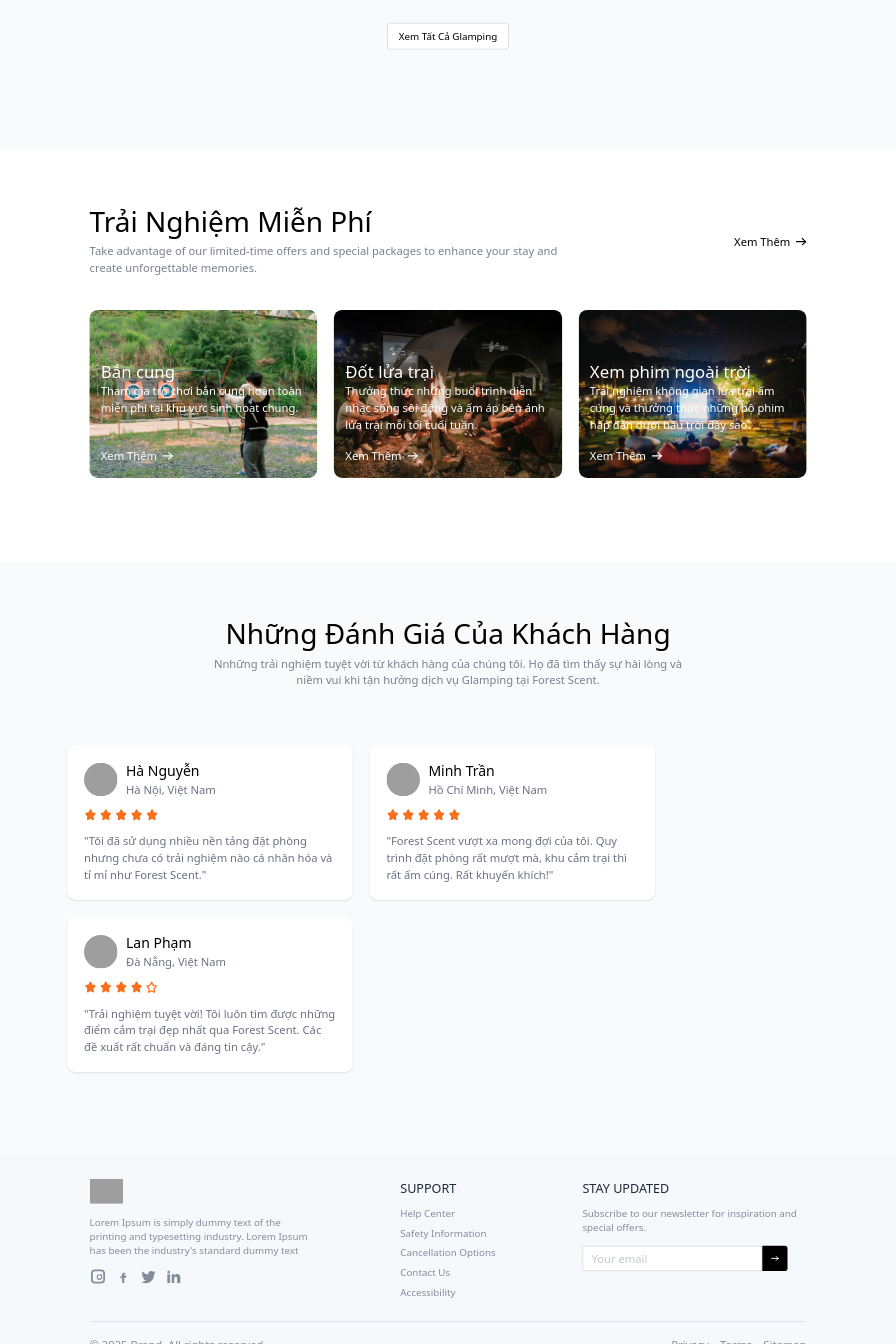
Repository: Ponn-Star/My-App
Page: / (app in FrontEnd/)
An editor plug-in stored every save of this project. The page is shown before and after the next save, followed by the edit.
The browser window is 1280 px wide. The pictures show the part of the page from y = 1384 to 3304 px (the page is 3337 px tall), at 70% of full size.
Pictures or frames that could not be fetched are drawn as grey boxes. The page's requests for data from a server got no answer. The project was rebuilt for these pictures with package versions that can differ from the ones it lists, and the page was loaded fresh each time. Some packages were replaced by stand-ins written for this rebuild. No one was signed in, and anything a server would have sent is missing. Also part of the build but not shown: FrontEnd/vite.config.js, FrontEnd/src/assets/assets.js, FrontEnd/src/components/Admin/Navbar.jsx, FrontEnd/src/pages/AllRooms.jsx, FrontEnd/src/pages/RoomDetails.jsx, FrontEnd/src/pages/MyBookings.jsx, FrontEnd/src/components/Admin/Sidebar.jsx, FrontEnd/src/pages/Admin/Layout.jsx and 5 more.

Above is the page before, as saved 2025-06-06 00:13:50.

### FrontEnd/index.html
<!doctype html>
<html lang="en">
  <head>
    <meta charset="UTF-8" />
    <link rel="icon" type="image/svg+xml" href="/favicon.svg" />
    <meta name="viewport" content="width=device-width, initial-scale=1.0" />
    <title>Booking</title>
  </head>
  <body>
    <div id="root"></div>
    <script type="module" src="/src/main.jsx"></script>
  </body>
</html>

### FrontEnd/src/main.jsx
import { StrictMode } from 'react'
import { createRoot } from 'react-dom/client'
import './index.css'
import App from './App.jsx'
import { BrowserRouter } from 'react-router-dom'
import { ClerkProvider } from '@clerk/clerk-react'
import { AppProvider } from './conext/AppContext.jsx'

const PUBLISHABLE_KEY = import.meta.env.VITE_CLERK_PUBLISHABLE_KEY

if (!PUBLISHABLE_KEY) {
  throw new Error('Add your Clerk Publishable Key to the .env file')
}

createRoot(document.getElementById('root')).render(
  <ClerkProvider publishableKey={PUBLISHABLE_KEY} afterSignOutUrl="/">
    <BrowserRouter>
      <AppProvider>
        <App />
      </AppProvider>
    </BrowserRouter>
    </ClerkProvider>,
)

### FrontEnd/src/App.jsx
import React from 'react'
import Navbar from './components/Navbar'
import AdminNavbar from './components/Admin/Navbar'
import { Route, Routes, useLocation } from 'react-router-dom'
import Home from './pages/Home'
import AllRooms from './pages/AllRooms';
import RoomDetails from './pages/RoomDetails';
import Footer from './components/Footer';
import MyBookings from './pages/MyBookings';
import Layout from './pages/Admin/Layout';
import Dashboard from './pages/Admin/Dashboard';
import ListRoom from './pages/Admin/ListRoom';
import AddRoom from './pages/Admin/AddRoom';
import AdminRoute from './components/AdminRoute'
import { Toaster } from 'react-hot-toast';
import Loader from './components/Loader'

function App() {

  const location = useLocation();
  const isAdminRoute = location.pathname.startsWith('/admin');

  return (
    <div>
      <Toaster />
      {isAdminRoute ? <AdminNavbar /> : <Navbar />}
      <div className='min-h-[70vh]'>
        <Routes>
        <Route path='/' element={<Home />} />
        <Route path='/rooms' element={<AllRooms />} />
        <Route path='/rooms/:id' element={<RoomDetails />} />
        <Route path='/my-bookings' element={<MyBookings />} />
        <Route path='/loader/:nextUrl' element={<Loader/>} />

        <Route path='/admin' element={<Layout />}>
          <Route index element={
            <AdminRoute>
              <Dashboard />
            </AdminRoute>
          } />
          <Route path='add-room' element={
            <AdminRoute>
              <AddRoom />
            </AdminRoute>
          } />
          <Route path='list-room' element={
            <AdminRoute>
              <ListRoom />
            </AdminRoute>
          } />
        </Route>
      </Routes>
      </div>
      <Footer />
    </div>
  )
}

export default App

### FrontEnd/src/conext/AppContext.jsx
import axios from "axios";
import { createContext, useContext, useState } from "react";
import { useNavigate } from "react-router-dom";
import { useUser, useAuth} from "@clerk/clerk-react";
import { toast } from 'react-hot-toast';
import { useEffect } from "react";


axios.defaults.baseURL = import.meta.env.VITE_BACKEND_URL;

const AppContext = createContext();

export const AppProvider = ({ children }) => {

    const currency = import.meta.env.VITE_CURENCY || ".000 VND";
    const navigate = useNavigate();
    const {user} = useUser();
    const { getToken } = useAuth();

    const [isOwner, setIsOwner] = useState(false)
    const [showRoomReg, setRoomReg] = useState(false)
    const [searchedRoomType, setsearchedRoomType] = useState([])

    const fetchUser = async ()=>{
        try {
            const { data } = await axios.get('/api/user', {
                headers: { Authorization: `Bearer ${await getToken()}` }
            });

            if (data.success) {
                setIsOwner(data.role === "Admin");
                setsearchedRoomType(data.recentSearchedRoomType);
            } else {
                setTimeout(() => {
                fetchUser();
                }, 5000);
            }
            } catch (error) {
                toast.error(error.message)
            }
        }

        useEffect(()=> {
            if(user){
                fetchUser();
            }
        },[user])


  const value = {
        currency, navigate, user, getToken, isOwner, setIsOwner, axios, showRoomReg, setRoomReg, searchedRoomType, setsearchedRoomType
  }

  return (
    <AppContext.Provider value={value}>
      {children}
    </AppContext.Provider>
  )
}

export const useAppContext = ()=> useContext(AppContext);

### FrontEnd/src/pages/Home.jsx
import React from 'react'
import Hero from '../components/Hero'
import FeaturedDestination from '../components/FeaturedDestination'
import ExclusiveOffers from '../components/ExclusiveOffers'
import Testimonial from '../components/Testimonial'

const Home = () => {
  return (
    <>
      <Hero />
      <FeaturedDestination />
      <ExclusiveOffers />
      <Testimonial />
    </>
  )
}

export default Home

### FrontEnd/src/components/Footer.jsx
import React from 'react'

const Footer = () => {
    return (
        <div className='bg-[#F6F9FC] text-gray-500/80 pt-8 px-6 md:px-16 lg:px-24 xl:px-32'>
            <div className='flex flex-wrap justify-between gap-12 md:gap-6'>
                <div className='max-w-80'>
                    <img src="https://raw.githubusercontent.com/prebuiltui/prebuiltui/main/assets/dummyLogo/dummyLogoColored.svg" alt="logo" className='mb-4 h-8 md:h-9' />
                    <p className='text-sm'>
                        Lorem Ipsum is simply dummy text of the printing and typesetting industry. Lorem Ipsum has been the industry's standard dummy text
                    </p>
                    <div className='flex items-center gap-3 mt-4'>
                        {/* Instagram */}
                        <svg className="w-6 h-6" fill="currentColor" viewBox="0 0 24 24">
                            <path d="M7.75 2A5.75 5.75 0 002 7.75v8.5A5.75 5.75 0 007.75 22h8.5A5.75 5.75 0 0022 16.25v-8.5A5.75 5.75 0 0016.25 2h-8.5zM4.5 7.75A3.25 3.25 0 017.75 4.5h8.5a3.25 3.25 0 013.25 3.25v8.5a3.25 3.25 0 01-3.25 3.25h-8.5a3.25 3.25 0 01-3.25-3.25v-8.5zm9.5 1a4 4 0 11-4 4 4 4 0 014-4zm0 1.5a2.5 2.5 0 102.5 2.5 2.5 2.5 0 00-2.5-2.5zm3.5-.75a.75.75 0 11.75-.75.75.75 0 01-.75.75z" />
                        </svg>
                        {/* Facebook */}
                        <svg className="w-6 h-6" fill="currentColor" viewBox="0 0 24 24">
                            <path d="M13.5 9H15V6.5h-1.5c-1.933 0-3.5 1.567-3.5 3.5v1.5H8v3h2.5V21h3v-7.5H16l.5-3h-3z" />
                        </svg>
                        {/* Twitter */}
                        <svg className="w-6 h-6" fill="currentColor" viewBox="0 0 24 24">
                            <path d="M22 5.92a8.2 8.2 0 01-2.36.65A4.1 4.1 0 0021.4 4a8.27 8.27 0 01-2.6 1A4.14 4.14 0 0016 4a4.15 4.15 0 00-4.15 4.15c0 .32.04.64.1.94a11.75 11.75 0 01-8.52-4.32 4.14 4.14 0 001.29 5.54A4.1 4.1 0 013 10v.05a4.15 4.15 0 003.33 4.07 4.12 4.12 0 01-1.87.07 4.16 4.16 0 003.88 2.89A8.33 8.33 0 012 19.56a11.72 11.72 0 006.29 1.84c7.55 0 11.68-6.25 11.68-11.67 0-.18 0-.35-.01-.53A8.18 8.18 0 0022 5.92z" />
                        </svg>
                        {/* LinkedIn */}
                        <svg className="w-6 h-6" fill="currentColor" viewBox="0 0 24 24">
                            <path d="M4.98 3.5C3.88 3.5 3 4.38 3 5.48c0 1.1.88 1.98 1.98 1.98h.02c1.1 0 1.98-.88 1.98-1.98C6.98 4.38 6.1 3.5 4.98 3.5zM3 8.75h3.96V21H3V8.75zm6.25 0h3.8v1.68h.05c.53-.98 1.82-2.02 3.75-2.02 4.01 0 4.75 2.64 4.75 6.07V21H17v-5.63c0-1.34-.03-3.07-1.88-3.07-1.88 0-2.17 1.47-2.17 2.98V21H9.25V8.75z" />
                        </svg>
                    </div>
                </div>

                <div>
                    <p className='text-lg text-gray-800'>SUPPORT</p>
                    <ul className='mt-3 flex flex-col gap-2 text-sm'>
                        <li><a href="#">Help Center</a></li>
                        <li><a href="#">Safety Information</a></li>
                        <li><a href="#">Cancellation Options</a></li>
                        <li><a href="#">Contact Us</a></li>
                        <li><a href="#">Accessibility</a></li>
                    </ul>
                </div>

                <div className='max-w-80'>
                    <p className='text-lg text-gray-800'>STAY UPDATED</p>
                    <p className='mt-3 text-sm'>
                        Subscribe to our newsletter for inspiration and special offers.
                    </p>
                    <div className='flex items-center mt-4'>
                        <input type="text" className='bg-white rounded-l border border-gray-300 h-9 px-3 outline-none' placeholder='Your email' />
                        <button className='flex items-center justify-center bg-black h-9 w-9 aspect-square rounded-r'>
                            {/* Arrow icon */}
                            <svg className="w-4 h-4 text-white" aria-hidden="true" xmlns="http://www.w3.org/2000/svg" width="24" height="24" fill="none" viewBox="0 0 24 24"><path stroke="currentColor" strokeLinecap="round" strokeLinejoin="round" strokeWidth="2" d="M19 12H5m14 0-4 4m4-4-4-4" /></svg>
                        </button>
                    </div>
                </div>
            </div>
            <hr className='border-gray-300 mt-8' />
            <div className='flex flex-col md:flex-row gap-2 items-center justify-between py-5'>
                <p>© {new Date().getFullYear()} Brand. All rights reserved.</p>
                <ul className='flex items-center gap-4'>
                    <li><a href="#">Privacy</a></li>
                    <li><a href="#">Terms</a></li>
                    <li><a href="#">Sitemap</a></li>
                </ul>
            </div>
        </div>
    );
};

export default Footer;

### FrontEnd/src/components/Hero.jsx
import React from 'react'
import { roomTypes } from '../assets/assets'

const Hero = () => {
  return (
    <div className='flex flex-col items-start justify-center px-6 md:px-16 lg:px-24 xl:px-32 text-white bg-[url("/src/assets/nen.jpg")] bg-no-repeat bg-cover bg-center h-screen'>
      <p className="bg-[#49B9FF]/50 px-3.5 py-1 rounded-full mt-20">The Premium Glamping</p>
      <h1 className="font-playfair text-2x1 md:text-5x1 md:text-[50px] md:leading-[56px] font-bold md:font-extrabold max-w-xl mt-4">CỰC CHILL CẮM TRẠI BBQ TRƯỚC LỀU!</h1>
      <p className="max-w-170 mt-2 text-sm md:text-base">Giữa rừng thông lặng lẽ, 𝐅𝐨𝐫𝐞𝐬𝐭 𝐒𝐜𝐞𝐧𝐭 𝐆𝐥𝐚𝐦𝐩𝐢𝐧𝐠 & 𝐂𝐚𝐦𝐩𝐢𝐧𝐠 không ồn ào, không vội vã, không deadline. Chỉ cần xách balo lên và để 𝐅𝐨𝐫𝐞𝐬𝐭 𝐒𝐜𝐞𝐧𝐭 lo. Mọi thứ đã sẵn sàng để bạn “nghỉ ngơi” đúng nghĩa</p>

      <form className='bg-white text-gray-500 rounded-lg px-6 py-4 flex flex-col md:flex-row max-md:items-start gap-4 max-md:mx-auto mt-10'>

            <div>
                <div className='flex items-center gap-2'>
                    <svg className="w-4 h-4 text-gray-800" aria-hidden="true" xmlns="http://www.w3.org/2000/svg" width="24" height="24" fill="none" viewBox="0 0 24 24" >
                        <path stroke="currentColor" strokeLinecap="round" strokeLinejoin="round" strokeWidth="2" d="M4 10h16M8 14h8m-4-7V4M7 7V4m10 3V4M5 20h14a1 1 0 0 0 1-1V7a1 1 0 0 0-1-1H5a1 1 0 0 0-1 1v12a1 1 0 0 0 1 1Z" />
                    </svg>
                    <label htmlFor="destinationInput">Destination</label>
                </div>
                <input list='destinations' id="destinationInput" type="text" className=" rounded border border-gray-200 px-3 py-1.5 mt-1.5 text-sm outline-none" placeholder="Type here" required />
                <datalist id='destinations'>
                  {roomTypes.map((city, index) => (
                    <option value={index} key={city}/>
                  ))}
                  /</datalist>
            </div>

            <div>
                <div className='flex items-center gap-2'>
                    <svg className="w-4 h-4 text-gray-800" aria-hidden="true" xmlns="http://www.w3.org/2000/svg" width="24" height="24" fill="none" viewBox="0 0 24 24" >
                        <path stroke="currentColor" strokeLinecap="round" strokeLinejoin="round" strokeWidth="2" d="M4 10h16M8 14h8m-4-7V4M7 7V4m10 3V4M5 20h14a1 1 0 0 0 1-1V7a1 1 0 0 0-1-1H5a1 1 0 0 0-1 1v12a1 1 0 0 0 1 1Z" />
                    </svg>
                    <label htmlFor="checkIn">Check in</label>
                </div>
                <input id="checkIn" type="date" className=" rounded border border-gray-200 px-3 py-1.5 mt-1.5 text-sm outline-none" />
            </div>

            <div>
                <div className='flex items-center gap-2'>
                    <svg className="w-4 h-4 text-gray-800" aria-hidden="true" xmlns="http://www.w3.org/2000/svg" width="24" height="24" fill="none" viewBox="0 0 24 24" >
                        <path stroke="currentColor" strokeLinecap="round" strokeLinejoin="round" strokeWidth="2" d="M4 10h16M8 14h8m-4-7V4M7 7V4m10 3V4M5 20h14a1 1 0 0 0 1-1V7a1 1 0 0 0-1-1H5a1 1 0 0 0-1 1v12a1 1 0 0 0 1 1Z" />
                    </svg>
                    <label htmlFor="checkOut">Check out</label>
                </div>
                <input id="checkOut" type="date" className=" rounded border border-gray-200 px-3 py-1.5 mt-1.5 text-sm outline-none" />
            </div>

            <div className='flex md:flex-col max-md:gap-2 max-md:items-center'>
                <label htmlFor="guests">Guests</label>
                <input min={1} max={4} id="guests" type="number" className=" rounded border border-gray-200 px-3 py-1.5 mt-1.5 text-sm outline-none  max-w-16" placeholder="0" />
            </div>

            <button className='flex items-center justify-center gap-1 rounded-md bg-black py-3 px-4 text-white my-auto cursor-pointer max-md:w-full max-md:py-1' >
                <svg className="w-4 h-4 text-white" aria-hidden="true" xmlns="http://www.w3.org/2000/svg" width="24" height="24" fill="none" viewBox="0 0 24 24" >
                    <path stroke="currentColor" strokeLinecap="round" strokeWidth="2" d="m21 21-3.5-3.5M17 10a7 7 0 1 1-14 0 7 7 0 0 1 14 0Z" />
                </svg>
                <span>Search</span>
            </button>
        </form>
    </div>
  )
}

export default Hero

### FrontEnd/src/components/FeaturedDestination.jsx
import React from 'react'
import HotelCard from './HotelCard'
import { Rooms } from '../assets/assets'
import Title from './Title'
import { useNavigate } from 'react-router-dom'

const FeaturedDestination = () => {

  const navigate = useNavigate()

  return (
    <div className='flex flex-col items-center px-6 md:px-16 lg:px-24 bg-slate-50 py-20'>

        <Title title='Glampings' subTitle='Khám phá và trải nghiệm những dịch vụ mà Forest Scent mang đến cho bạn. Hãy lựa chọn Glamping – nơi hòa quyện giữa thiên nhiên hoang dã và tiện nghi sang trọng, mang đến cho bạn trải nghiệm khó quên.' />

        <div className='flex flex-wrap items-center justify-between gap-6 mt-20'>
        {Rooms.slice(0, 4).map((room, index) => (
            <HotelCard key={room._id} room={room} index={index} />
        ))}
        </div>

        <button onClick={() => { navigate('/rooms'); scrollTo(0, 0); }}
        className="my-16 px-4 py-2 text-sm font-medium border border-gray-300 rounded bg-white hover:bg-gray-50 transition-all cursor-pointer">
          Xem Tất Cả Glamping
        </button>
    </div>
  )
}

export default FeaturedDestination

### FrontEnd/src/components/ExclusiveOffers.jsx
import React from 'react'
import Title from './Title'
import { assets, services } from '../assets/assets'

const ExclusiveOffers = () => {
  return (
    <div className='flex flex-col items-center px-6 md:px-16 lg:px-24 xl:px-32 pt-20 pb-30'>
      <div className='flex flex-col md:flex-row items-center justify-between w-full'>
        <Title align='left' title='Trải Nghiệm Miễn Phí' subTitle='Take advantage of our limited-time offers and special packages to enhance your stay and create unforgettable memories.'/>
        <button className='group flex items-center gap-2 font-medium cursor-pointer max-md:mt-12'>
            Xem Thêm
            <img src={assets.arrowIcon} alt="arrow-icon"
            className='group-hover:translate-x-1 transition-all'/>
        </button>
      </div>

      <div className='grid grid-cols-1 md:grid-cols-2 lg:grid-cols-3 gap-6 mt-12'>
        {services.map((item) => (
            <div key={item._id} className='group relative flex flex-col items-start justify-between gap-1 pt-12 md:pt-18 px-4 rounded-xl text-white bg-no-repeat bg-cover bg-center'
            style={{ backgroundImage: `url(${item.image})` }}>
                <div>
                    <p className='text-2xl font-medium font-playfair'>{item.title}</p>
                    <p>{item.description}</p>
                </div>
                <button className='flex items-center gap-2 font-medium cursor-pointer mt-4 mb-5'>
                    Xem Thêm
                    <img className='invert group-hover:translate-x-1 transition-all'
                    src={assets.arrowIcon} alt=""
                    />
                </button>
            </div>
        ))}
      </div>
    </div>
  )
}

export default ExclusiveOffers

### FrontEnd/src/components/Testimonial.jsx
import React from 'react'
import Title from './Title'
import { testimonials } from '../assets/assets'
import StarRating from './StarRating'

const Testimonial = () => {
  return (
    <div className='flex flex-col items-center px-6 md:px-16 lg:px-24 bg-slate-50 pt-20 pb-30'>
      <Title
        title="Những Đánh Giá Của Khách Hàng"
        subTitle="Nnhững trải nghiệm tuyệt vời từ khách hàng của chúng tôi. Họ đã tìm thấy sự hài lòng và niềm vui khi tận hưởng dịch vụ Glamping tại Forest Scent."
      />

      <div className="flex flex-wrap items-center gap-6 mt-20">
        {testimonials.length === 0 && (
          <p className="text-gray-400">Không có dữ liệu đánh giá.</p>
        )}
        {testimonials.map((t, idx) => (
          <div key={idx} className="bg-white p-6 rounded-xl shadow">
            <div className="flex items-center gap-3">
              <img className="w-12 h-12 rounded-full" src={t.image} alt={t.name} />
              <div>
                <p className="font-playfair text-xl">{t.name}</p>
                <p className="text-gray-500">{t.address}</p>
              </div>
            </div>
            <div className="flex items-center gap-1 mt-4">
              <StarRating rating={t.rating} />
            </div>
            <p className="text-gray-500 max-w-90 mt-4">"{t.review}"</p>
          </div>
        ))}
      </div>
    </div>
  )
}

export default Testimonial

### FrontEnd/src/components/StarRating.jsx
import React from 'react'
import { assets } from '../assets/assets'


const StarRating = ({rating = 4}) => {
  return (
    <>
      {Array(5).fill('').map((_, index) => (
            <img src={rating > index ? assets.starIconFilled : assets.starIconOutlined} alt="star-icon" className='w-4.5 h-4.5'/>
        ))}
    </>
  )
}

export default StarRating

### FrontEnd/src/components/Title.jsx
import React from 'react'

const Title = ({title, subTitle, align, font}) => {
    return (
        <div className={`flex flex-col justify-center items-center text-center ${align === "left" && "md:items-start md:text-left"}`}>
          <h1 className={`text-4xl md:text-[40px] ${font || "font-playfair"}`}>{title}</h1>
          <p className="text-sm md:text-base text-gray-500/90 mt-2 max-w-174">{subTitle}</p>
        </div>
  )
}

export default Title

### FrontEnd/src/components/HotelCard.jsx
import React from 'react'
import { Link } from 'react-router-dom'
import { assets } from '../assets/assets'

const HOTEL_NAME = "Forest Scent Glamping"
const HOTEL_ADDRESS = "86 Khe Sanh, Phường 10, Thành Phố Đà Lạt, Đà Lạt, Vietnam"

const HotelCard = ({ room, index }) => {
  return (
    <Link
      to={'/room/' + room._id}
      onClick={() => window.scrollTo(0, 0)}
      className='relative max-w-70 w-full rounded-xl overflow-hidden bg-white text-gray-500/90 shadow-[0px_4px_4px_rgba(0,0,0,0.05)]'
    >
      <img src={room.images[0]} alt={room.roomType} className="w-full object-cover" />

      {index % 2 === 0 && (
        <p className='px-3 py-1 absolute top-3 left-3 text-xs bg-white text-gray-800 font-medium rounded-full'>
          Best Seller
        </p>
      )}

      <div className='p-4 pt-5'>
        <div className='flex items-center justify-between'>
          <p className='font-playfair text-xl font-medium text-gray-800'>{room.roomType}</p>
          <div className='flex items-center gap-1'>
            <img src={assets.starIconFilled} alt="star-icon" className="w-4 h-4" /> 4.5
          </div>
        </div>

        <div className='flex items-center gap-1 text-sm mt-1'>
          <img src={assets.locationIcon} alt="location-icon" className="w-4 h-4" />
          <span>{HOTEL_ADDRESS}</span>
        </div>

        <div className='flex items-center justify-between mt-4'>
          <p>
            <span className='text-xl text-gray-800'>{room.pricePerNight}</span>.000/Đêm
          </p>
          <button className='px-4 py-2 text-sm font-medium border border-gray-300 rounded bg-gray-50 transition-all cursor-pointer'>
            Book Now
          </button>
        </div>
      </div>
    </Link>
  )
}

export default HotelCard

Loaded but not shown: FrontEnd/src/index.css (common file); FrontEnd/src/components/Navbar.jsx (125 lines, source omitted)

After the next save:
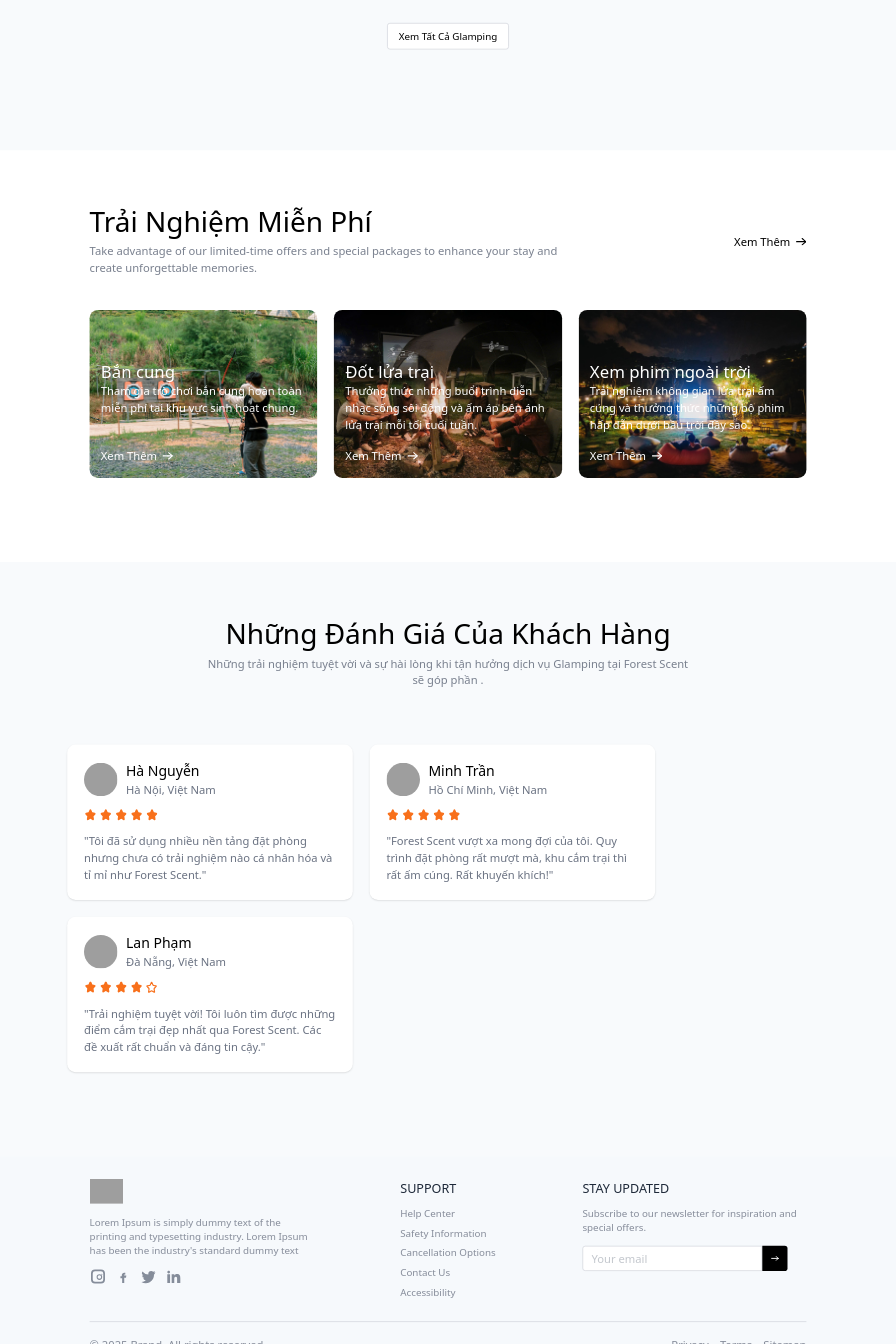
Saved 2 min 17 s later.
--- a/FrontEnd/src/components/Testimonial.jsx
+++ b/FrontEnd/src/components/Testimonial.jsx
@@ -8,7 +8,7 @@ const Testimonial = () => {
     <div className='flex flex-col items-center px-6 md:px-16 lg:px-24 bg-slate-50 pt-20 pb-30'>
       <Title
         title="Những Đánh Giá Của Khách Hàng"
-        subTitle="Nnhững trải nghiệm tuyệt vời từ khách hàng của chúng tôi. Họ đã tìm thấy sự hài lòng và niềm vui khi tận hưởng dịch vụ Glamping tại Forest Scent."
+        subTitle="Những trải nghiệm tuyệt vời và sự hài lòng khi tận hưởng dịch vụ Glamping tại Forest Scent sẽ góp phần ."
       />
 
       <div className="flex flex-wrap items-center gap-6 mt-20">
